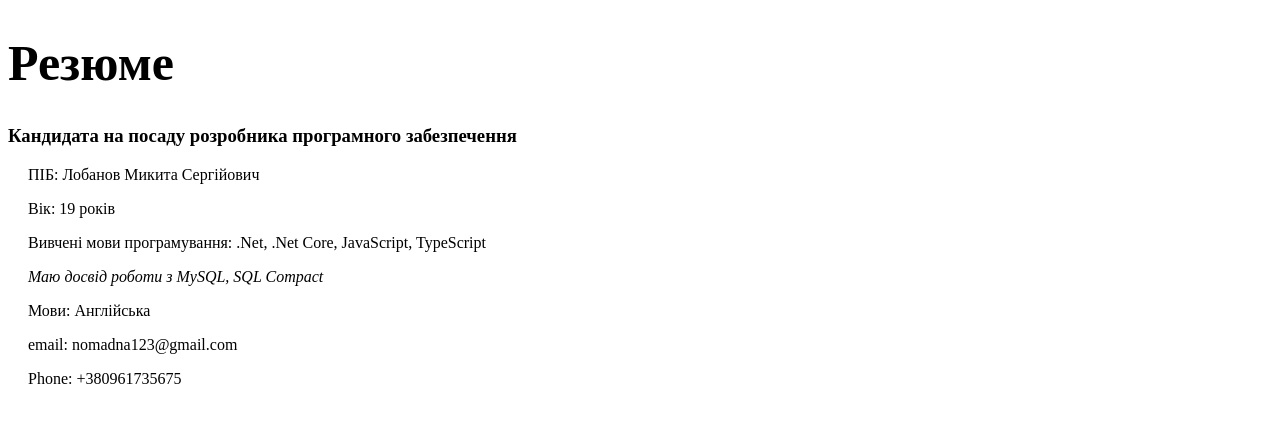
Repository: sMoonBeam/Labs
Page: AboutAuthor/WebContent/about.html
These files come from the project's save history. The page is drawn as it stood at one moment and after the next save; the edit follows.
The browser window is 1280 px wide. The pictures show the whole page.

Above is the page before, as saved 2019-10-16 20:10:30.

After the next save:
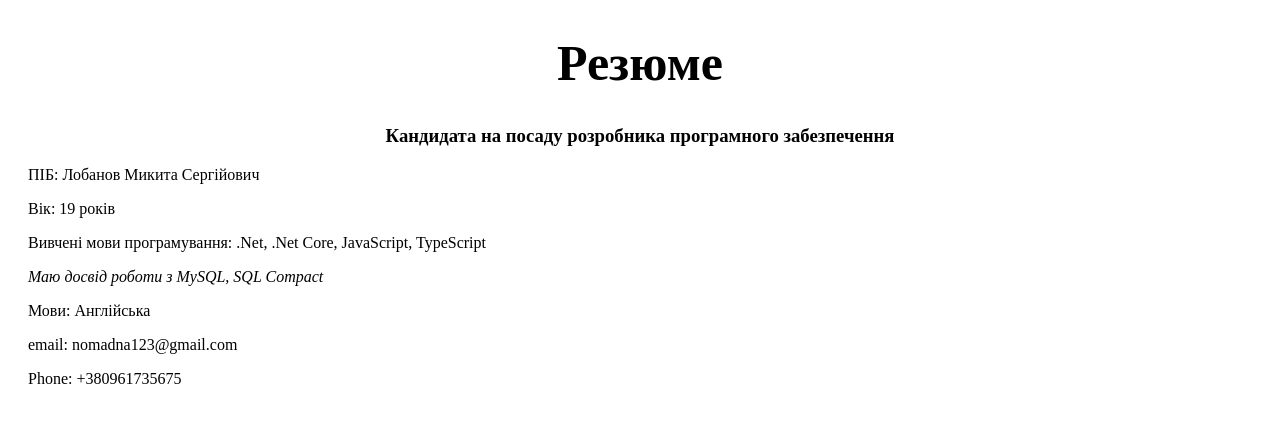
Saved 34 s later.
--- a/AboutAuthor/WebContent/about.html
+++ b/AboutAuthor/WebContent/about.html
@@ -5,8 +5,8 @@
 		<title>Название сайта</title>
 	</head>
 	<body>
-	<div>
-		<h1 style="font-size:50px; align=center;">Резюме</h1>
+	<div align=center>
+		<h1 style="font-size:50px;">Резюме</h1>
 		<h3>Кандидата на посаду розробника програмного забезпечення</h3>
 	</div>
 		<p style="text-indent:20px">ПIБ: Лобанов Микита Сергійович</p>
